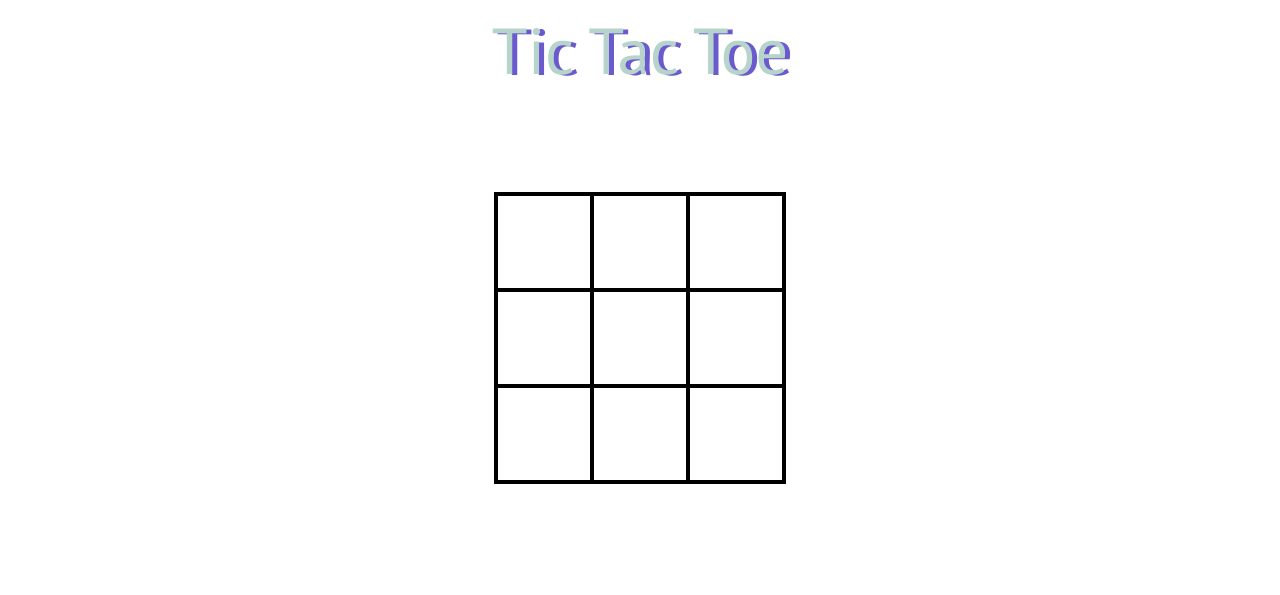
Repository: chin9/TicTacToe
Page: index.html
The author's editor kept a copy of each file at every save. The page is drawn from the files as they stood at one save, then again after the next save.
The browser window is 1280 px wide. The pictures show the whole page.

Above is the page before, as saved 2021-05-12 13:48:52.

### index.html
<head>
    <link rel='stylesheet' href='style.css'>
</head>

<title> TicTacToe</title>

<header>Tic Tac Toe</header>


<body>
    <div class='board'>

        <div class='grid'>

        </div>

        <div class='grid'>

        </div>

        <div class='grid'>

        </div>

        <div class='grid'>

        </div>

        <div class='grid'>

        </div>

        <div class='grid'>

        </div>

        <div class='grid'>

        </div>

        <div class='grid'>

        </div>

        <div class='grid'>

        </div>

    </div>
</body>

### style.css
@import url('https://fonts.googleapis.com/css2?family=PT+Sans&display=swap');


header{
    font-family: 'PT Sans', sans-serif;
    font-size: 65px;
    color: rgb(182, 212, 203);
    text-shadow: 5px 1px slateblue;
    text-align: center;
}

body{
    display: flex;
    flex-direction: column;
    align-items: center;

}

.board{
    height: 40vh;
    width: 40vh;

    position: relative;
    top: 100px;

    display: grid;
    grid-template-columns: 1fr 1fr 1fr;
    grid-template-rows: 1fr 1fr 1fr;

    border: 2px black solid;
}

.grid{
    border: 2px black solid;
}

After the next save:
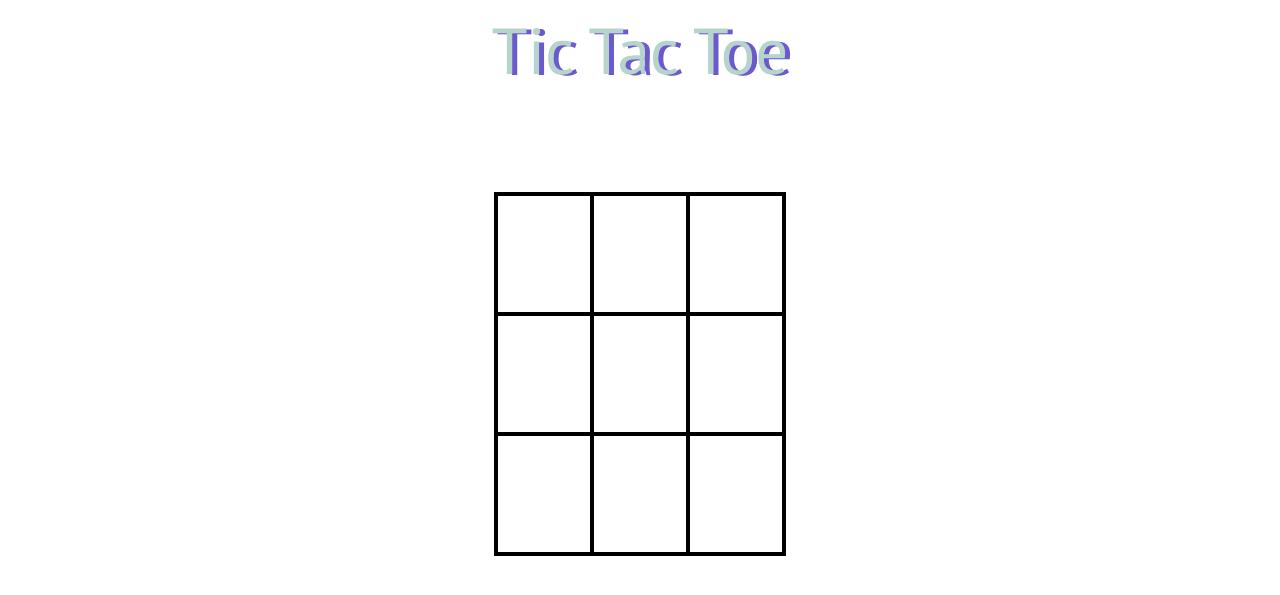
Saved 5 s later.
--- a/style.css
+++ b/style.css
@@ -17,7 +17,7 @@ body{
 }
 
 .board{
-    height: 40vh;
+    height: 50vh;
     width: 40vh;
 
     position: relative;
